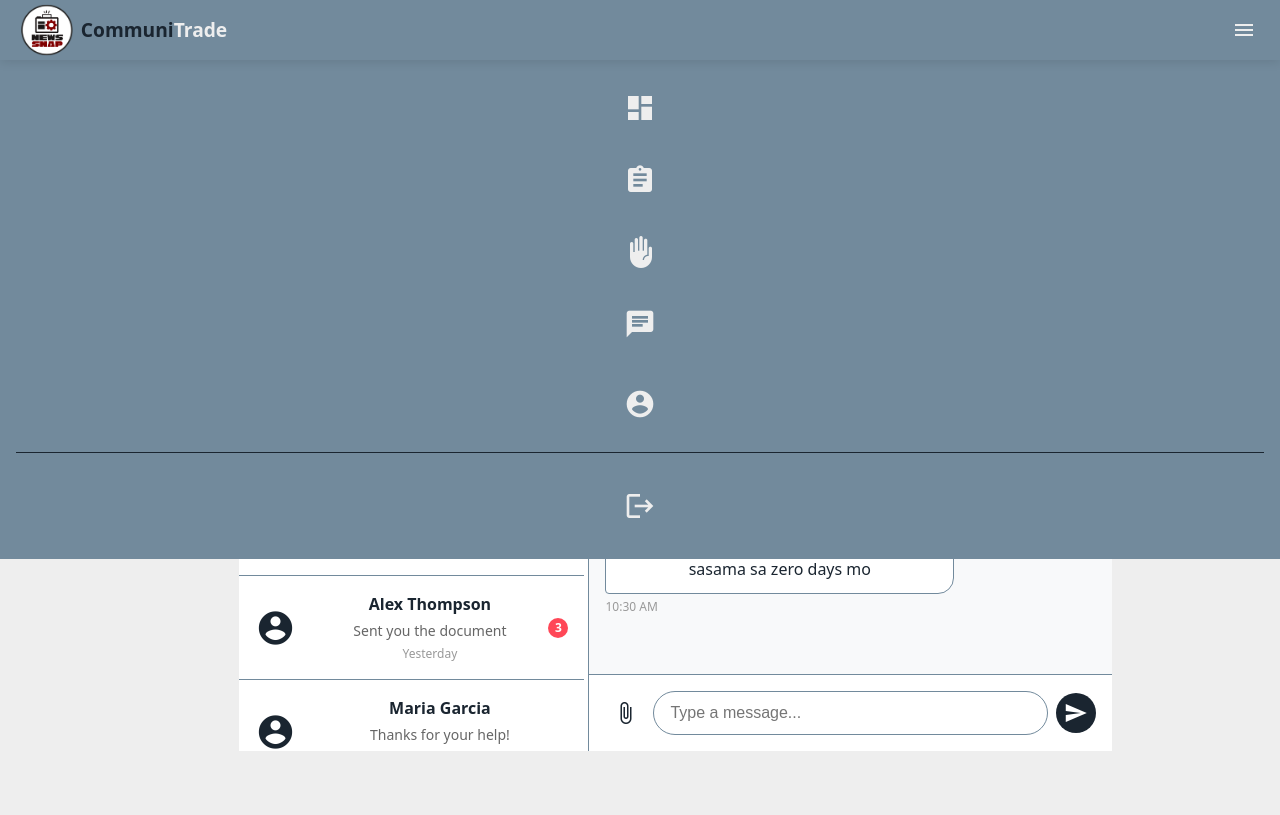
Repository: wholaanmo/news-snap
Page: /message
These files come from the project's save history. The page is drawn as it stood at one moment and after the next save; the edit follows.
The browser window is 1280 px wide. The pictures show the whole page.
The project was rebuilt for these pictures with package versions that can differ from the ones it lists, and the page was loaded fresh each time. Also part of the build but not shown: src/components/AdminNavbar.vue, src/components/AdminSidebar.vue, src/layouts/AdminLayout.vue.

Above is the page before, as saved 2025-10-15 20:05:17.

After the next save:
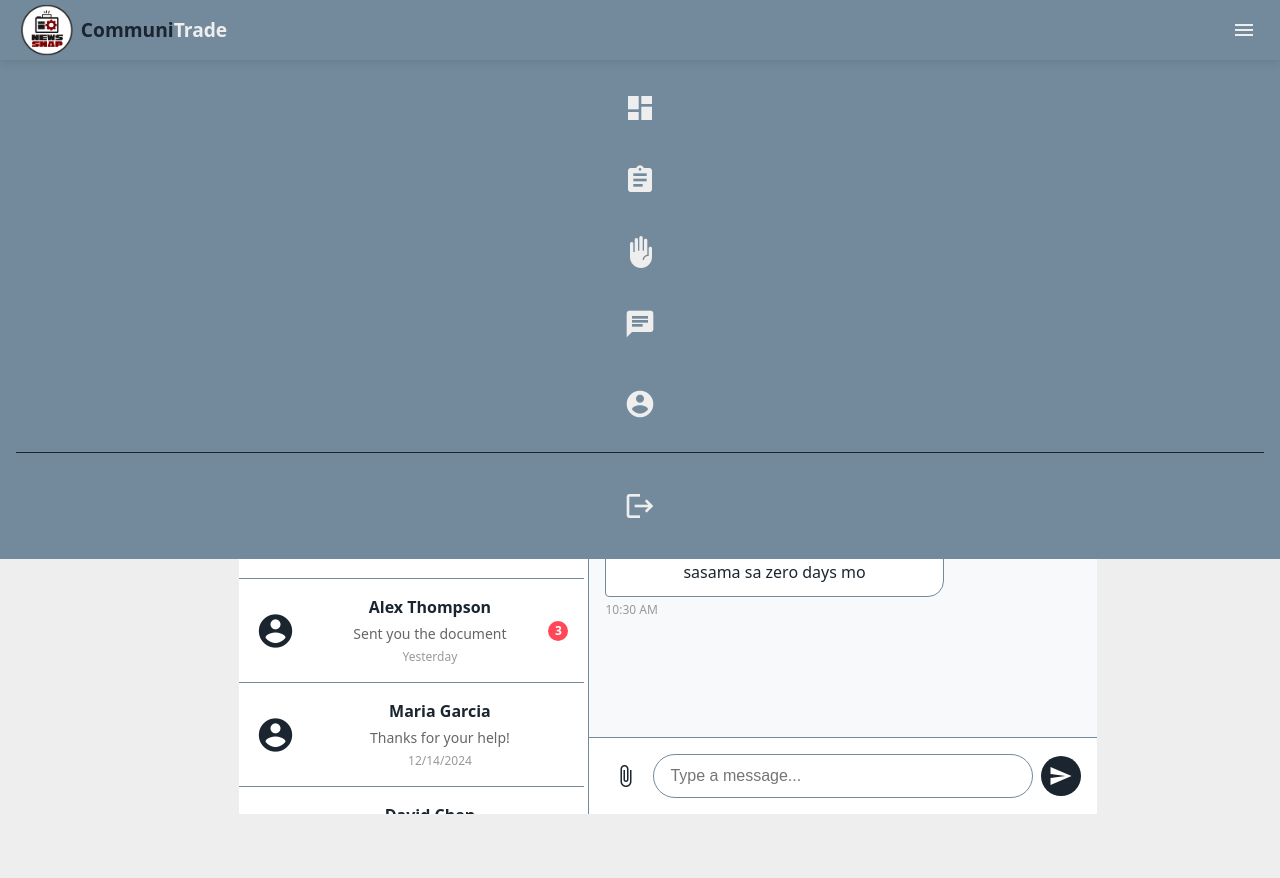
Saved 6 min 20 s later.
--- a/src/views/message.vue
+++ b/src/views/message.vue
@@ -73,7 +73,7 @@
               type="file"
               accept="image/*"
               style="display: none"
-              @change="handleImageUpload"
+              @change="handleImageSelect"
             />
             <button @click="triggerFileInput" class="attachment-button">
               <span class="material-icons">attach_file</span>
@@ -89,6 +89,12 @@
               <span class="material-icons">send</span>
             </button>
           </div>
+          <div v-if="selectedImage" class="image-preview">
+            <img :src="selectedImage" alt="Selected image" class="preview-image" />
+            <button @click="removeImagePreview" class="remove-image">
+              <span class="material-icons">close</span>
+            </button>
+          </div>
         </div>
       </div>
 
@@ -103,9 +109,9 @@
     </div>
 
     <!-- Image Modal -->
-    <div v-if="selectedImage" class="image-modal" @click="closeImageModal">
+    <div v-if="modalImage" class="image-modal" @click="closeImageModal">
       <div class="modal-content">
-        <img :src="selectedImage" alt="Full size image" />
+        <img :src="modalImage" alt="Full size image" />
         <button class="close-modal" @click="closeImageModal">
           <span class="material-icons">close</span>
         </button>
@@ -124,6 +130,7 @@ const newMessage = ref('')
 const messagesContainer = ref(null)
 const fileInput = ref(null)
 const selectedImage = ref(null)
+const modalImage = ref(null)
 
 // Sample conversations data
 const conversations = ref([
@@ -248,6 +255,8 @@ const selectConversation = (conversation) => {
   activeConversation.value = conversation
   // Mark as read when selected
   conversation.unreadCount = 0
+  // Clear any pending image preview when switching conversations
+  selectedImage.value = null
   // Scroll to bottom of messages
   nextTick(() => {
     scrollToBottom()
@@ -255,20 +264,32 @@ const selectConversation = (conversation) => {
 }
 
 const sendMessage = () => {
-  if (!newMessage.value.trim() || !activeConversation.value) return
+  if ((!newMessage.value.trim() && !selectedImage.value) || !activeConversation.value) return
+
+  let messageContent = newMessage.value
+  let messageType = 'text'
+
+  // If there's a selected image, send it as an image message
+  if (selectedImage.value) {
+    messageContent = selectedImage.value
+    messageType = 'image'
+  }
 
   const newMsg = {
     id: Date.now(),
-    content: newMessage.value,
+    content: messageContent,
     sender: 'me',
+    type: messageType,
     time: new Date().toLocaleTimeString([], { hour: '2-digit', minute: '2-digit' })
   }
 
   activeConversation.value.messages.push(newMsg)
-  activeConversation.value.lastMessage = newMessage.value
+  activeConversation.value.lastMessage = messageType === 'image' ? 'Sent an image' : newMessage.value
   activeConversation.value.timestamp = 'Just now'
 
+  // Clear inputs
   newMessage.value = ''
+  selectedImage.value = null
 
   // Scroll to bottom after sending
   nextTick(() => {
@@ -280,27 +301,12 @@ const triggerFileInput = () => {
   fileInput.value.click()
 }
 
-const handleImageUpload = (event) => {
+const handleImageSelect = (event) => {
   const file = event.target.files[0]
   if (file && file.type.startsWith('image/')) {
     const reader = new FileReader()
     reader.onload = (e) => {
-      const imageMsg = {
-        id: Date.now(),
-        content: e.target.result,
-        sender: 'me',
-        type: 'image',
-        time: new Date().toLocaleTimeString([], { hour: '2-digit', minute: '2-digit' })
-      }
-
-      activeConversation.value.messages.push(imageMsg)
-      activeConversation.value.lastMessage = 'Sent an image'
-      activeConversation.value.timestamp = 'Just now'
-
-      // Scroll to bottom after sending
-      nextTick(() => {
-        scrollToBottom()
-      })
+      selectedImage.value = e.target.result
     }
     reader.readAsDataURL(file)
   }
@@ -309,12 +315,16 @@ const handleImageUpload = (event) => {
   event.target.value = ''
 }
 
+const removeImagePreview = () => {
+  selectedImage.value = null
+}
+
 const openImageModal = (imageSrc) => {
-  selectedImage.value = imageSrc
+  modalImage.value = imageSrc
 }
 
 const closeImageModal = () => {
-  selectedImage.value = null
+  modalImage.value = null
 }
 
 const scrollToBottom = () => {
@@ -335,8 +345,7 @@ onMounted(() => {
 <style scoped>
 .message-page {
   display: flex;
-  height: calc(100vh - 60px);
-  margin-top: -3px;
+  height: 100vh;
   background-color: var(--light);
 }
 
@@ -497,7 +506,7 @@ onMounted(() => {
   display: flex;
   flex-direction: column;
   height: 100%;
-  width: 103%;
+  width: 100%;
 }
 
 .chat-header {
@@ -672,6 +681,37 @@ onMounted(() => {
 
 .send-button:hover {
   background-color: var(--dark);
+}
+
+/* Image Preview Styles */
+.image-preview {
+  position: relative;
+  margin-top: 0.5rem;
+  display: inline-block;
+}
+
+.preview-image {
+  max-width: 150px;
+  max-height: 150px;
+  border-radius: 0.5rem;
+  border: 2px solid var(--primary);
+}
+
+.remove-image {
+  position: absolute;
+  top: -8px;
+  right: -8px;
+  background: #ff4757;
+  border: none;
+  border-radius: 50%;
+  width: 24px;
+  height: 24px;
+  display: flex;
+  align-items: center;
+  justify-content: center;
+  cursor: pointer;
+  color: white;
+  font-size: 0.75rem;
 }
 
 .no-conversation {
